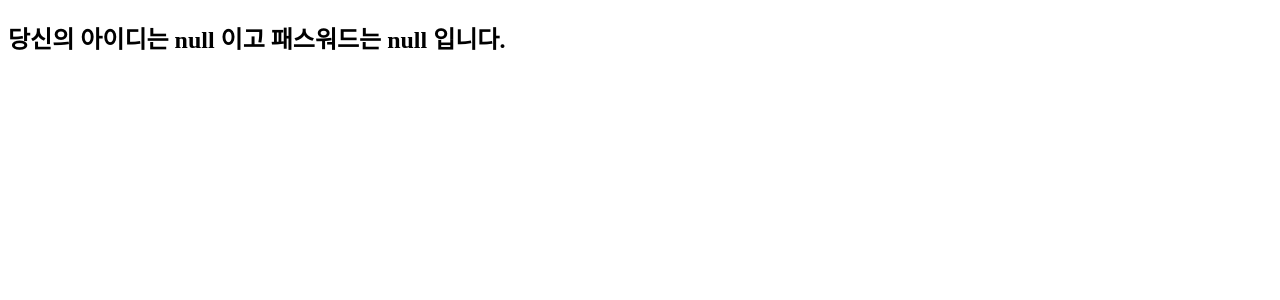
Repository: kdw1437/CreateBoardProject
Page: http://localhost/JSP2/RequestLoginProc.jsp
These files come from the project's save history. The page is drawn as it stood at one moment and after the next save; the edit follows.
The browser window is 1280 px wide. The pictures show the whole page.
The page is served by Tomcat 9.

Above is the page before, as saved 2024-08-05 08:48:33.

### JSP2/src/main/webapp/RequestLoginProc.jsp
<%@ page language="java" contentType="text/html; charset=EUC-KR"
    pageEncoding="EUC-KR"%>
<!DOCTYPE html>
<html>
<body>

<!-- RequestLogin에서 넘어온 아이디와 패스워드를 읽어드림 -->

<% //스크립트릿 안에 자바 코드를 써준다.

	//사용자의 정보가 저장되어 있는 객체가 Request 객체이다. Request 객체의 getParameter()라는 메소드를 이용해서 사용자의 정보를 추출할 수 있다.
	String id = request.getParameter("id"); //사용자의 id값을 읽어드려서 변수 id에 저장하시오.

	String pass = request.getParameter("pass");



%>

	<h2>
	당신의 아이디는 <%= id %> 이고 패스워드는 <%= pass %> 입니다.
	</h2>

</body>
</html>

After the next save:
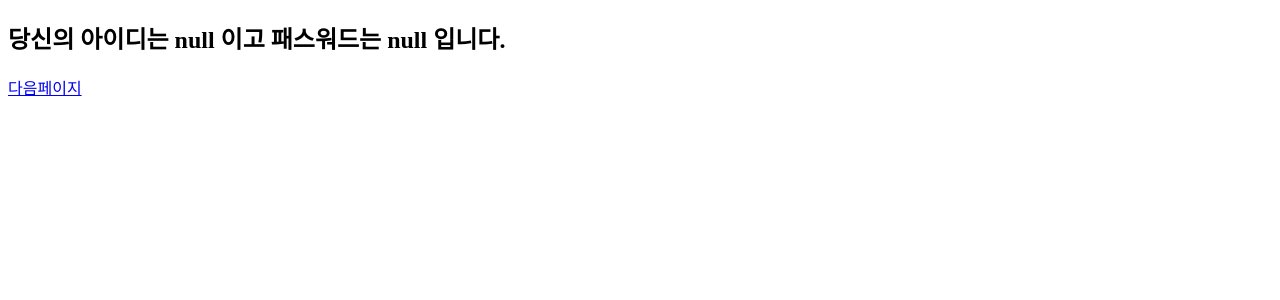
Saved 4 min 17 s later.
--- a/JSP2/src/main/webapp/RequestLoginProc.jsp
+++ b/JSP2/src/main/webapp/RequestLoginProc.jsp
@@ -21,5 +21,6 @@
 	당신의 아이디는 <%= id %> 이고 패스워드는 <%= pass %> 입니다.
 	</h2>
 
+	<a href="RequestForward.jsp">다음페이지</a>
 </body>
 </html>
